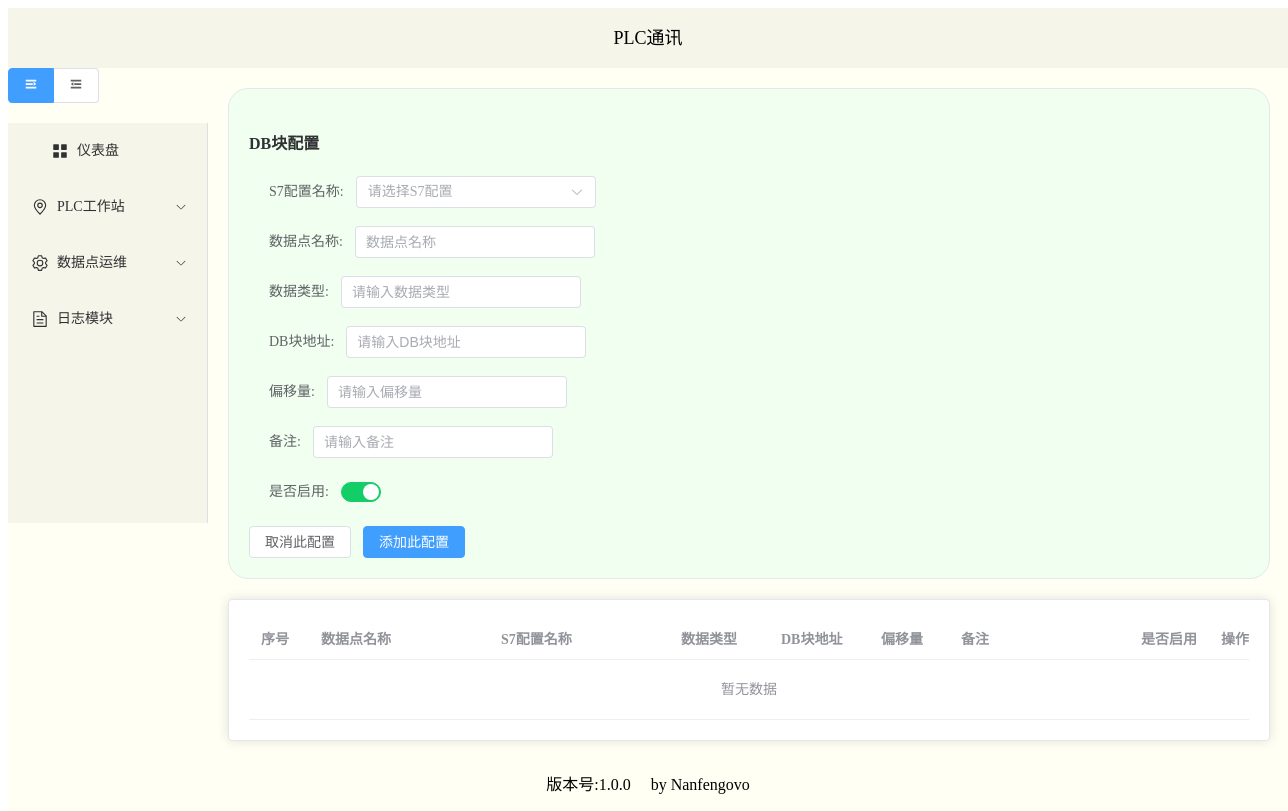
Repository: nanfengovo/HelperWorkStation
Page: /#/frameWork/DataPointOperations/S7/DB (app in HelperWorkStation/plchelper-ui/)
The author's editor kept a copy of each file at every save. The page is drawn from the files as they stood at one save, then again after the next save.
The browser window is 1280 px wide. The page is 1288 px wide, so the pictures cover 1288 px, including what lies to the right of the window. The pictures show the whole page.
The page's requests for data from a server got no answer. The project was rebuilt for these pictures with package versions that can differ from the ones it lists, and the page was loaded fresh each time. No one was signed in, and anything a server would have sent is missing. Also part of the build but not shown: HelperWorkStation/plchelper-ui/vite.config.ts, HelperWorkStation/plchelper-ui/src/views/Login/index.vue.

Above is the page before, as saved 2025-02-11 23:08:27.

### HelperWorkStation/plchelper-ui/index.html
<!DOCTYPE html>
<html lang="">
  <head>
    <meta charset="UTF-8">
    <link rel="icon" href="/icon-park-outline--cpu.png">
    <meta name="viewport" content="width=device-width, initial-scale=1.0">
    <title>PLCHelper Station</title>
  </head>
  <body>
    <div id="app"></div>
    <script type="module" src="/src/main.ts"></script>
  </body>
</html>

<style>
  #app{
    /* display: flex;
    justify-content: center;
    align-items: center; */
    height: 100vh;
    width: 100vw;
  }
</style>

### HelperWorkStation/plchelper-ui/src/main.ts
// import './assets/main.css'

import { createApp } from 'vue'
import ElementPlus from 'element-plus'
import 'element-plus/dist/index.css'
import { createPinia } from 'pinia'

import App from './App.vue'
import * as ElementPlusIconsVue from '@element-plus/icons-vue'
//element-plus转换中文
import zhCn from 'element-plus/es/locale/lang/zh-cn'
import router from './router'

const app = createApp(App)
app.use(router)
for (const [key, component] of Object.entries(ElementPlusIconsVue)) {
    app.component(key, component)
    }
    app.use(ElementPlus, {
        locale: zhCn,
        })
app.use(createPinia())


app.mount('#app')

### HelperWorkStation/plchelper-ui/src/App.vue
<script setup lang="ts">
import {  RouterView } from 'vue-router'
import FrameWork from './views/FrameWork/index.vue'
import Login from './views/Login/index.vue'
</script>

<template>
  <div class="app">
    <RouterView />
  </div>

  <!-- <RouterView /> -->
</template>

<style scoped>
	html,body,#app{
      height: 100%;
      width: 100%;
	}
  .app{
    height: 100%;
    width: 100%;
  }
</style>

### HelperWorkStation/plchelper-ui/src/views/FrameWork/layout/DataPointOperations/S7/DB/index.vue
<template>
    <div class="DBPointCard">
        <el-card class="DBPoint-config-card" shadow="hover">
            <div class="DBPoint-header">
                <div class="card-top-top">
                        <h4>DB块配置</h4>
                </div>
                <el-form :model="DBpointConfig" class="DBPointConfig-form">
                    <div class="content">
                        <el-form-item label = "S7配置名称:">
                            <el-select
                            v-model="selectedS7Config"
                            placeholder="请选择S7配置"
                            style="width: 240px"
                            :loading="isLoading"
                            Clearable
                            >
                            <!-- 加载中显示提示 -->
                            <el-option v-if="isLoading" disabled label="加载中..." value="" />

                            <!-- 数据加载完成后的选项 -->
                            <el-option
                                v-for="item in selectedS7ConfigList"
                                :key="item.value"
                                :label="item.label"
                                :value="item.value"
                            />
                            </el-select>
                        </el-form-item>
                        <el-form-item label = "数据点名称:">
                            <el-input v-model="dbName" placeholder="数据点名称"  clearable/>
                        </el-form-item>
                        <el-form-item label = "数据类型:">
                            <el-input v-model="dbType" placeholder="请输入数据类型"  clearable/>
                        </el-form-item>
                        <el-form-item label = "DB块地址:">
                            <el-input  v-model="dbAddress" placeholder="请输入DB块地址"  clearable/>
                        </el-form-item>
                        <el-form-item label = "偏移量:">
                            <el-input v-model="dbOffset" placeholder="请输入偏移量" clearable />
                        </el-form-item>
                        <el-form-item label = "备注:">
                            <el-input v-model="remark" placeholder="请输入备注"  clearable />
                        </el-form-item>
                        <el-form-item label = "是否启用:">
                            <el-switch
                            v-model="isOpen"
                            class="ml-2"
                            style="--el-switch-on-color: #13ce66; --el-switch-off-color: #ff4949"
                        />
                        </el-form-item>
                    </div>
                    <div class="btn-group">
                        <el-button @click="cancel">取消此配置</el-button>
                        <el-button type="primary" @click = "AddDBPointConfig">添加此配置</el-button>
                    </div>
                </el-form>
            </div>
        </el-card>


        <el-card style="width: 100%" shadow="always" class="DBPointconfigData-card">
            <el-table :data="DBPointConfigData" stripe style="width: 100%" >
                <el-table-column prop="id" label="序号" width="60" />
                <el-table-column prop="dbName" label="数据点名称" width="180" />
                <el-table-column prop="s7Name" label="S7配置名称" width="180" />
                <el-table-column prop="dbType" label="数据类型" width="100" />
                <el-table-column prop="dbAddress" label="DB块地址" width="100" />
                <el-table-column prop="dbOffset" label="偏移量" width="80" />
                <el-table-column prop="remark" label="备注" width="180" />

                <el-table-column prop="isOpen" label="是否启用" width="80">
                    <template #default="scope">
                        <el-switch
                            v-model="scope.row.isOpen"
                            class="ml-2"
                            style="--el-switch-on-color: #13ce66; --el-switch-off-color: #ff4949"
                            disabled
                        />
                    </template>
                </el-table-column>

                <el-table-column label="操作" width="400">
                    <template #default="scope">
                        <el-button type="success" @click="Enable(scope.$index, scope.row)">启用</el-button>
                        <el-button type="info" @click="WatchStatus(scope.$index, scope.row)">监控状态</el-button>
                        <el-button type="warning" @click="Disable(scope.$index, scope.row)">停用</el-button>
                        <el-button type="primary" @click="Edit(scope.$index, scope.row)">修改</el-button>
                        <el-button type="danger" plain @click="Delete(scope.$index, scope.row)">删除</el-button>
                    </template>
                </el-table-column>
            </el-table>
        </el-card>

        <!-- 插槽-编辑对话框 -->
        <el-dialog v-model="editFormVisible" title="修改DB块配置" width="500" draggable >
        <el-form :model="form">
                        <el-form-item label = "数据点名称:">
                            <el-input v-model="form.dbName" placeholder="请输入数据点名称" clearable  />
                        </el-form-item>
                        <el-form-item label = "S7配置名称:">
                            <el-select
                            v-model="form.s7Name"
                            placeholder="请选择S7配置"
                            style="width: 240px"
                            :loading="isLoading"
                            Clearable
                            >
                            <!-- 加载中显示提示 -->
                            <el-option v-if="isLoading" disabled label="加载中..." value="" />

                            <!-- 数据加载完成后的选项 -->
                            <el-option
                                v-for="item in selectedS7ConfigList"
                                :key="item.value"
                                :label="item.label"
                                :value="item.value"
                            />
                            </el-select>
                        </el-form-item>
                        <el-form-item label = "数据类型:">
                            <el-input v-model="form.dbType" placeholder="数据类型" clearable />
                        </el-form-item>
                        <el-form-item label = "DB块地址:">
                            <el-input  v-model="form.dbAddress" placeholder="请输入DB块地址"  clearable/>
                        </el-form-item>
                        <el-form-item label = "偏移量:">
                            <el-input v-model="form.dbOffset" placeholder="请输入偏移量" clearable />
                        </el-form-item>
                        <el-form-item label = "备注:">
                            <el-input v-model="form.remark" placeholder="请输入备注"  clearable />
                        </el-form-item>
                        <el-form-item label = "是否启用:">
                            <el-switch
                            v-model="form.isOpen"
                            class="ml-2"
                            style="--el-switch-on-color: #13ce66; --el-switch-off-color: #ff4949"
                        />
                        </el-form-item>
        </el-form>
        <template #footer>
            <div class="dialog-footer">
            <el-button @click="editFormVisible = false">取消</el-button>
            <el-button type="primary" @click="update">确认</el-button>
            </div>
        </template>
        </el-dialog>
    </div>
</template>
<script setup lang = "ts">
import axios from 'axios';
import { ElMessage, ElMessageBox } from 'element-plus';
import { onMounted, ref } from 'vue';


const DBpointConfig = ref({
    dbName: '',
    dbType: '',
    dbAddress: '',
    dbOffset: '',
    remark: '',
    isOpen: true
}); //DB配置数据
const selectedS7Config = ref(''); //存用户选择的S7配置名称
const isLoading = ref(true); //加载状态
const dbName = ref(''); //数据点名称
const dbType = ref(''); //数据类型
const dbAddress = ref(''); //DB块地址
const dbOffset = ref(''); //偏移量
const remark = ref(''); //备注
const isOpen = ref(true); //是否启用

const selectedS7ConfigList = ref([]); //S7配置列表


//编辑对话框是否显示
const editFormVisible = ref(false);

const form = ref({
    id: 0,
    dbName: '',
    s7Name: '',
    dbType: '',
    dbAddress: '',
    dbOffset: '',
    remark: '',
    isOpen: true
}); //编辑表单数据

//s7配置名称下拉框数据
async function GetAllS7Config() {
    try {
        const res = await axios.get('http://127.0.0.1:5264/api/DBPointConfig/GetAllS7');
         // 将字符串数组转换为 { label: string, value: string } 格式
        selectedS7ConfigList.value = res.data.map((item: any) => ({
      label: item,   // 显示名称
      value: item    // 绑定值（与 label 相同）
    }));
        isLoading.value = false; // 加载完成
    } catch (error) {
        ElMessage({
            message: "获取S7列表失败,请检查后端是否启动!",
            type: 'error',
        });
    isLoading.value = false;
    }
}

const DBPointConfigData = ref<Array<{id: number,DBName: string ,S7Name: string, DBType: string, DBAddress: string, DBOffset: string, Remark: string, IsOpen: boolean}>>([]); //DB配置数据

//获取DB配置数据
async function GetDBPointConfig() {
    try {
        const res = await axios.get('http://localhost:5264/api/DBPointConfig/GetAllDBPointConfig');
        DBPointConfigData.value = res.data;
    } catch (error) {
        ElMessage({
            message: "获取DB配置数据失败,请检查后端是否启动!",
            type: 'error',
        });
    }
    }

//cancel按钮点击事件
function clear() {
    selectedS7Config.value = '';
    dbName.value = '';
    dbType.value = '';
    dbAddress.value = '';
    dbOffset.value = '';
    remark.value = '';
    isOpen.value = true;
}

const cancel = () => {
    ElMessageBox.confirm(
    '确定要取消保存此配置?',
    '警告',
    {
        confirmButtonText: '确定',
        cancelButtonText: '取消',
        type: 'warning',
    }
    )
    .then(() => {
        clear(); //清空数据
        ElMessage({
        type: 'success',
        message: '清除成功!',
        })
    })
    .catch(() => {
        ElMessage({
            type: 'info',
            message: '取消清除',
        })
    })
}

//AddDBPointConfig按钮点击事件
const AddDBPointConfig = () => {
    ElMessageBox.confirm(
    '确定要保存此配置?',
    '警告',
    {
        confirmButtonText: '确定',
        cancelButtonText: '取消',
        type: 'warning',
    }
    )
    .then(() => {
        //发送请求
        axios.post('http://localhost:5264/api/DBPointConfig/AddDBPointConfig', {
            S7Name: selectedS7Config.value,
            DBName: dbName.value,
            DBType: dbType.value,
            DBAddress: dbAddress.value,
            DBOffset: dbOffset.value,
            Remark: remark.value,
            IsOpen: isOpen.value
        }, {
            headers: {
                'Content-Type': 'application/json'
            }
        })
        .then((res) => {
            console.log(res.data);
            if (res.data.code == 200) {
                ElMessage({
                    message: "添加成功!",
                    type: 'success',
                });
                clear(); //清空数据
                GetDBPointConfig(); //刷新数据
            }
            else {
                ElMessage({
                    message: res.data,
                    type: 'error',
                });
            }
        })
        .catch((error) => {
            ElMessage({
                message: "添加失败,请检查数据是否正确!",
                type: 'error',
            });
        })
    })
    .catch(() => {
        ElMessage({
            type: 'info',
            message: '取消保存',
        })
    })
}



//组合挂载时加载数据
onMounted(() => {
    //加载S7配置数据
    GetAllS7Config();
    //加载DB配置数据
    GetDBPointConfig();
});

//DeleteDBPointConfig按钮点击事件
const Delete = async (index: number, row: { id: number })  => {
    ElMessageBox.confirm(
    '确定要删除此配置?',
    '警告',
    {
        confirmButtonText: '确定',
        cancelButtonText: '取消',
        type: 'warning',
    }
    )
    .then(() => {
        //发送请求
        axios.delete(`http://localhost:5264/api/DBPointConfig/DeleteDBPointConfig?id=${row.id}`)
        .then((res) => {
            console.log(res.data);
            if (res.data.code == 200) {
                ElMessage({
                    message: "删除成功!",
                    type: 'success',
                });
                GetDBPointConfig(); //刷新数据
            }
            else {
                ElMessage({
                    message: res.data,
                    type: 'error',
                });
            }
        })
        .catch((error) => {
            ElMessage({
                message: "删除失败,请检查数据是否正确!",
                type: 'error',
            });
        })
    })
    .catch(() => {
        ElMessage({
            type: 'info',
            message: '取消删除',
        })
    })
}

//Edit
const Edit = (index: number, row: { id: number }) => {
    editFormVisible.value = true; //显示编辑表单
    form.value.id = row.id; //赋值
    update
}

const update = async () => {
    const res =await axios.put(`http://localhost:5264/api/DBPointConfig/UpdateDBPointConfig?Id=${form.value.id}&S7Name=${form.value.s7Name}&DBName=${form.value.dbName}&DBType=${form.value.dbType}&DBAddress=${form.value.dbAddress}&DBOffset=${form.value.dbOffset}&Remark=${form.value.remark}&isOpen=${form.value.isOpen}`,{
            headers: { 'Content-Type': 'application/json' },
        });
    if(res.data.code == 200){
        ElMessage({
            message: "修改成功!",
            type: 'success',
        });
        clearForm(); //清空数据
        GetDBPointConfig(); //刷新数据
        editFormVisible.value = false; //关闭编辑表单
    }
    else{
        ElMessage({
            message: res.data,
            type: 'error',
        });
    }
}

//清空插槽的数据
const clearForm = () => {
    form.value.dbName = '';
    form.value.s7Name = '';
    form.value.dbType = '';
    form.value.dbAddress = '';
    form.value.dbOffset = '';
    form.value.remark = '';
    form.value.isOpen = true;
}

//启用
const Enable = async (index: number, row: { id: number }) => {
    try {
        const response = await axios.put(`http://127.0.0.1:5264/api/DBPointConfig/EnableDBPointConfig?id=${row.id}`);
        if (response.data.code == 200) {
            // 显示成功消息
            ElMessage({
                message: response.data.message, // 使用服务器返回的成功消息
                type: 'success',
            });
            // 重新获取数据以更新表格
            GetDBPointConfig();;
        } else if (response.data.code == 401) {
            // 显示失败消息
            ElMessage({
                message: response.data.message, // 使用服务器返回的失败消息
                type: 'warning',
            });
        }
        else {
            // 显示失败消息
            ElMessage({
                message: response.data.message, // 使用服务器返回的失败消息
                type: 'error',
            });
        }
    } catch (error: any) {
        ElMessage({
            message: error.message,
            type: 'error',
        });
    }
}

//停用
const Disable = async (index: number, row: { id: number }) => {
    try {
        const response = await axios.put(`http://127.0.0.1:5264/api/DBPointConfig/DisableDBPointConfig?id=${row.id}`);
        if (response.data.code == 200) {
            // 显示成功消息
            ElMessage({
                message: response.data.message, // 使用服务器返回的成功消息
                type: 'success',
            });
            // 重新获取数据以更新表格
            GetDBPointConfig();;;
        } else if (response.data.code == 401) {
            // 显示失败消息
            ElMessage({
                message: response.data.message, // 使用服务器返回的失败消息
                type: 'warning',
            });
        }
        else {
            // 显示失败消息
            ElMessage({
                message: response.data.message, // 使用服务器返回的失败消息
                type: 'error',
            });
        }
    } catch (error: any) {
        ElMessage({
            message: error.message,
            type: 'error',
        });
    }
}

</script>
<style>
.DBPoint-config-card{
    width: 100%;
    margin-bottom: 20px;
    background-color: #F0FFF0;
    border-radius: 20px;

}
.DBPoint-config-card .el-form-item{
    margin-left: 20px;
}

.DBPoint-config-card .el-input{
    width: 240px;
}
</style>

Loaded but not shown: HelperWorkStation/plchelper-ui/src/views/FrameWork/index.vue (204 lines, source omitted); HelperWorkStation/plchelper-ui/src/router/index.ts (99 lines, source omitted)

After the next save:
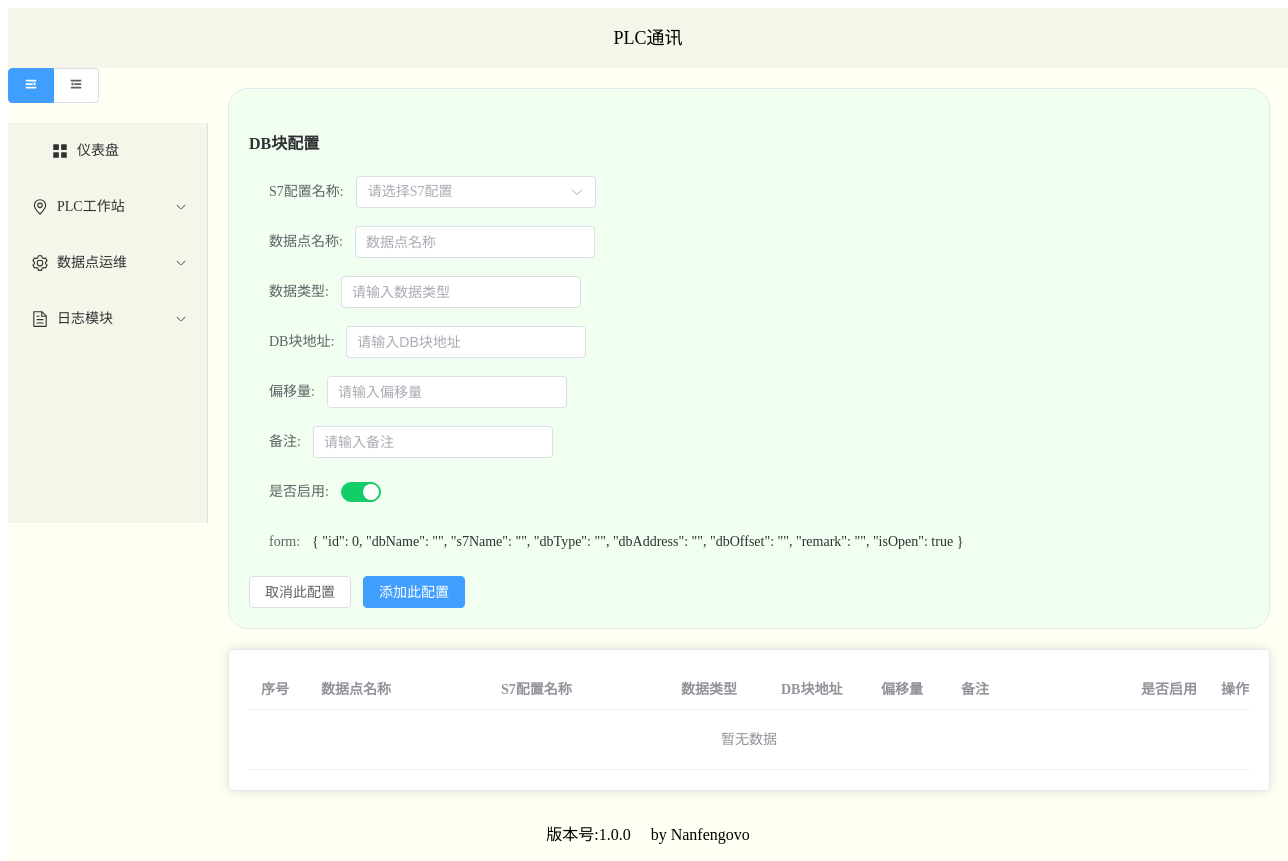
Saved 13 h 28 min later.
--- a/HelperWorkStation/plchelper-ui/src/views/FrameWork/layout/DataPointOperations/S7/DB/index.vue
+++ b/HelperWorkStation/plchelper-ui/src/views/FrameWork/layout/DataPointOperations/S7/DB/index.vue
@@ -49,6 +49,9 @@
                             style="--el-switch-on-color: #13ce66; --el-switch-off-color: #ff4949"
                         />
                         </el-form-item>
+                        <el-form-item label="form:">
+                            {{form}}
+                        </el-form-item>
                     </div>
                     <div class="btn-group">
                         <el-button @click="cancel">取消此配置</el-button>
@@ -206,7 +209,7 @@
     }
 }
 
-const DBPointConfigData = ref<Array<{id: number,DBName: string ,S7Name: string, DBType: string, DBAddress: string, DBOffset: string, Remark: string, IsOpen: boolean}>>([]); //DB配置数据
+const DBPointConfigData = ref<Array<{id: number,dbName: string ,S7Name: string, DBType: string, DBAddress: string, DBOffset: string, Remark: string, IsOpen: boolean}>>([]); //DB配置数据
 
 //获取DB配置数据
 async function GetDBPointConfig() {
@@ -372,6 +375,7 @@
 
 //Edit
 const Edit = (index: number, row: { id: number }) => {
+    form.value = { ...row }; //复制数据
     editFormVisible.value = true; //显示编辑表单
     form.value.id = row.id; //赋值
     update

After the save that followed:
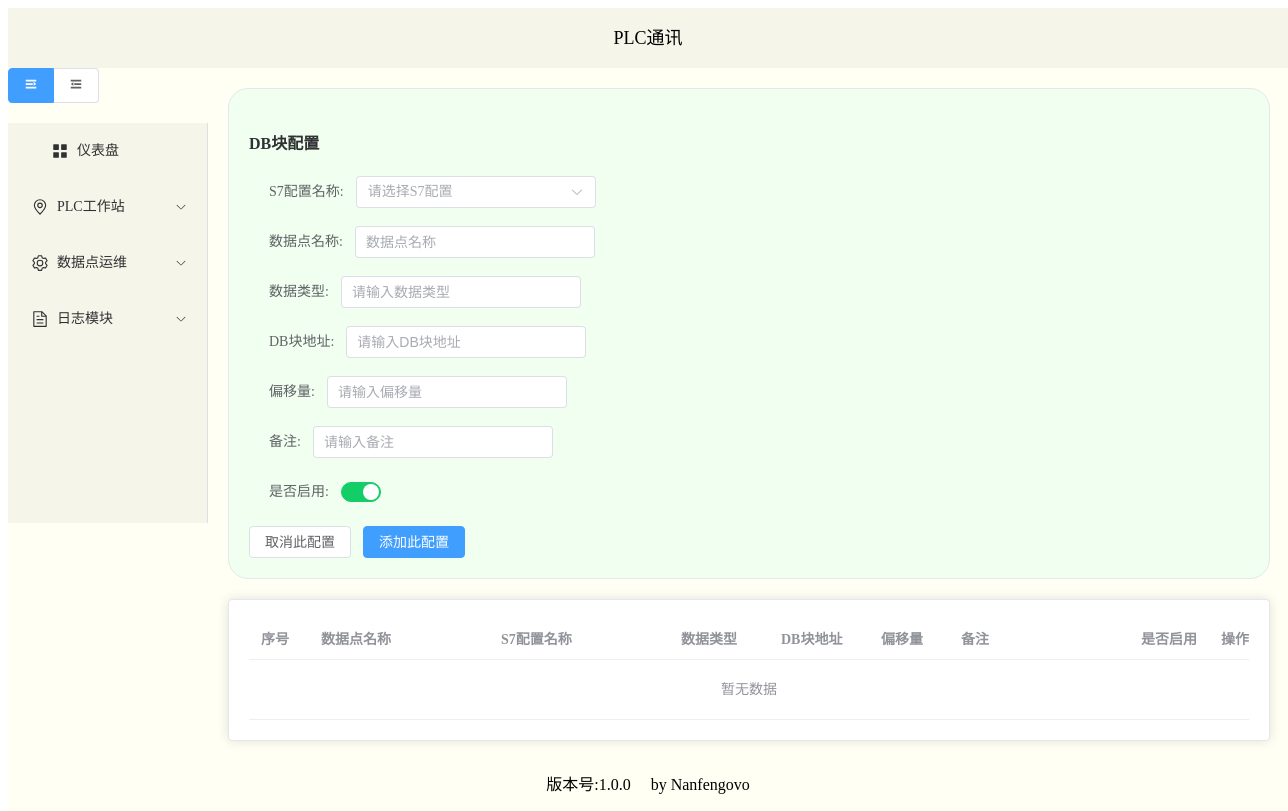
Saved 61 s later.
--- a/HelperWorkStation/plchelper-ui/src/views/FrameWork/layout/DataPointOperations/S7/DB/index.vue
+++ b/HelperWorkStation/plchelper-ui/src/views/FrameWork/layout/DataPointOperations/S7/DB/index.vue
@@ -49,9 +49,6 @@
                             style="--el-switch-on-color: #13ce66; --el-switch-off-color: #ff4949"
                         />
                         </el-form-item>
-                        <el-form-item label="form:">
-                            {{form}}
-                        </el-form-item>
                     </div>
                     <div class="btn-group">
                         <el-button @click="cancel">取消此配置</el-button>
@@ -81,6 +78,7 @@
                             disabled
                         />
                     </template>
+
                 </el-table-column>
 
                 <el-table-column label="操作" width="400">
@@ -139,6 +137,9 @@
                             class="ml-2"
                             style="--el-switch-on-color: #13ce66; --el-switch-off-color: #ff4949"
                         />
+                        </el-form-item>
+                        <el-form-item label="form:">
+                            {{form}}
                         </el-form-item>
         </el-form>
         <template #footer>
